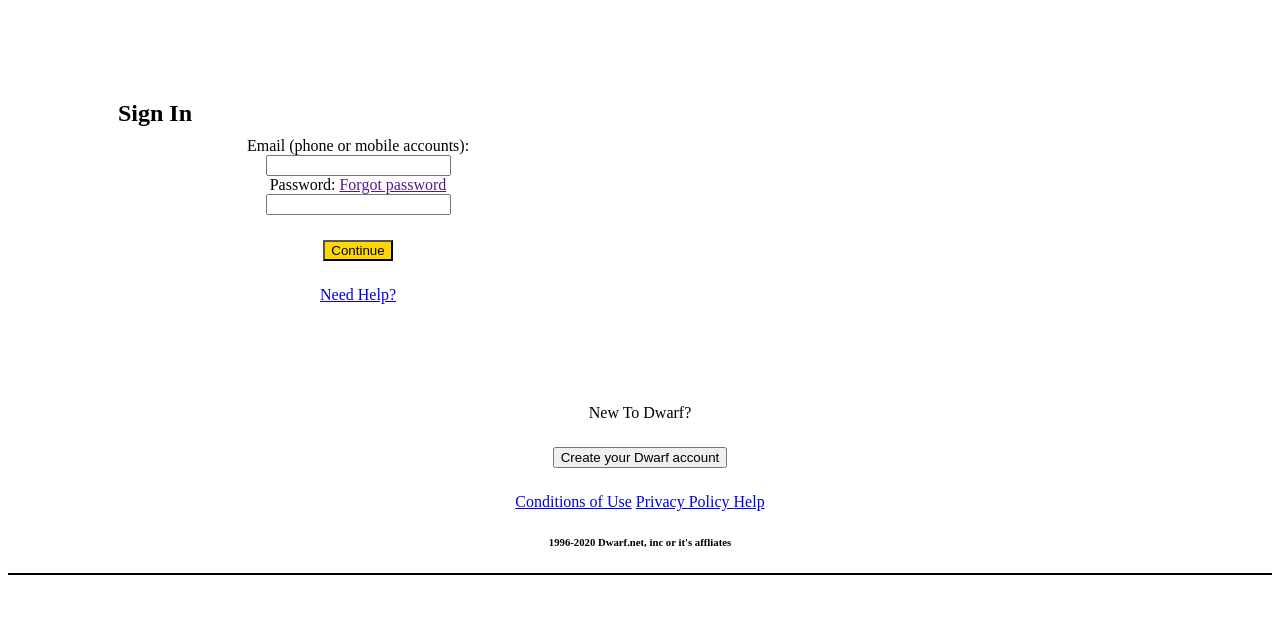
Repository: brittmarie333/replica
Page: index.html
These files come from the project's save history. The page is drawn as it stood at one moment and after the next save; the edit follows.
The browser window is 1280 px wide. The pictures show the whole page.

Above is the page before, as saved 2024-05-27 12:58:26.

### index.html
<!DOCTYPE html>
<html lang="en">
<head>
    <meta charset="UTF-8">
    <meta name="viewport" content="width=device-width, initial-scale=1.0">
    <link rel="stylesheet" href="index.css">
    <title>Log In</title>
</head>
<body>

    <form action="/data.php">
        <h2>Sign In</h2>
        <label for="username">Email (phone or mobile accounts):</label><br>
       <input type="text" id="fname" name="fname"><br>
        <label for="pword">Password: </label> <text align="right"><a href="">Forgot password</a></text><br>
        <input type="text" id="lname" name="lname" ><br>
        <button style= "background-color: gold";
        <button>Continue</button>
        <br>
        <a href="http">Need Help?</a>
      </form>




      New To Dwarf?
      <br>
      <button id="create">Create your Dwarf account</button>
      <br>
      <a href="http"> Conditions of Use</a>
      <a href="http"> Privacy Policy </a>
      <a href="http"> Help </a>
      <br>

      <h6> 1996-2020 Dwarf.net, inc or it's affliates</h6>


</body>
</html>

### index.css
h2  {
    text-align: left;
    margin: 10px;
}

body {
    text-align: center;
    border-bottom: 2px solid black;
    align-items: center;
}
form{
    text-align: left, margin
    border: 2px solid;
    border color: light grey;
    margin: 100px;
    width: 500px;

}
button{
    text-align: center;
    align-items: center;
    margin: 25px;

}

After the next save:
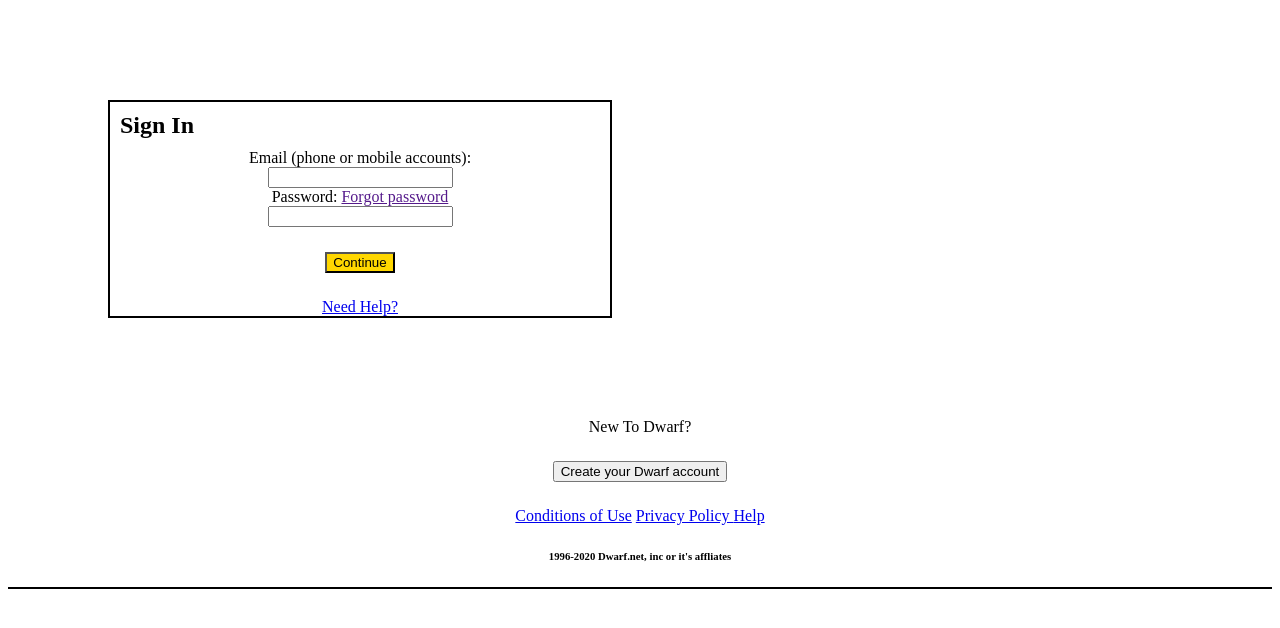
Saved 5 s later.
--- a/index.css
+++ b/index.css
@@ -9,7 +9,7 @@
     align-items: center;
 }
 form{
-    text-align: left, margin
+    text-align: left, margin-top: 10px;
     border: 2px solid;
     border color: light grey;
     margin: 100px;

After the 2 saves that followed:
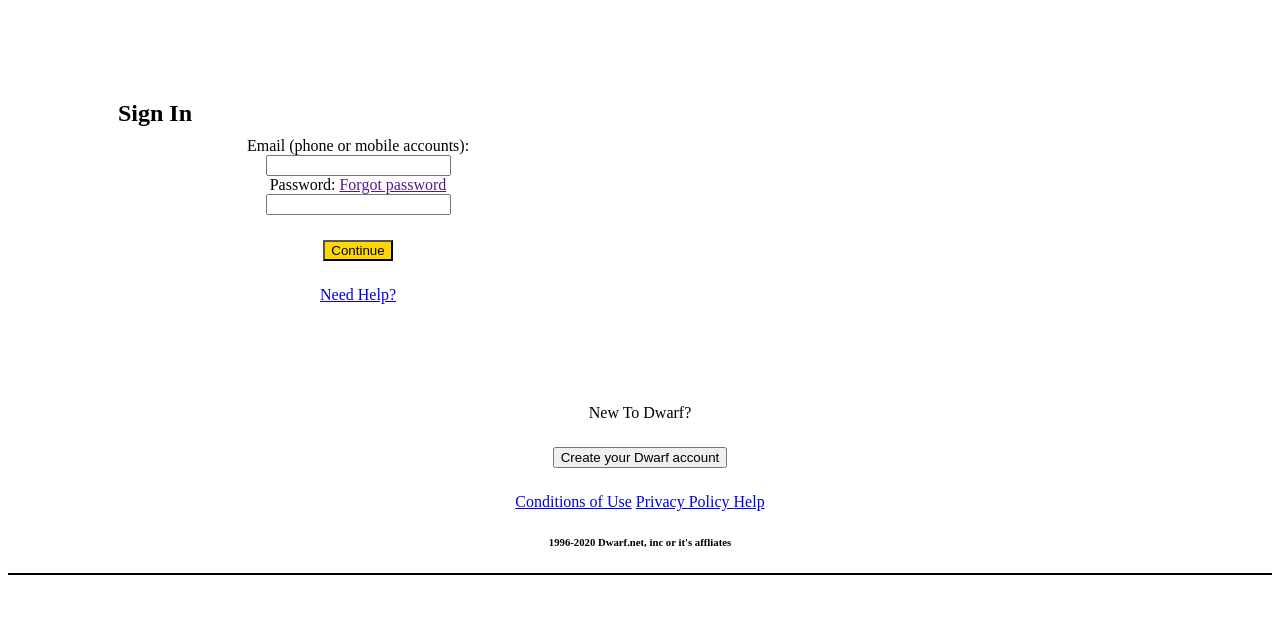
The 2 saves are shown as one change because 1 left the picture as it was.
The last was saved 18 s later.
--- a/index.css
+++ b/index.css
@@ -9,7 +9,7 @@
     align-items: center;
 }
 form{
-    text-align: left, margin-top: 10px;
+    text-align: left
     border: 2px solid;
     border color: light grey;
     margin: 100px;
